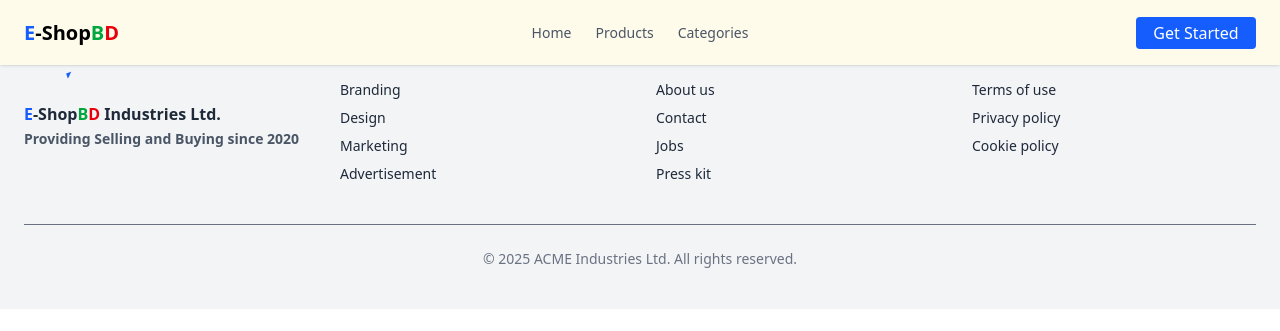
Repository: syedbayzid82849/E-shopBD
Page: /dashboard
The author's editor kept a copy of each file at every save. The page is drawn from the files as they stood at one save, then again after a run of saves.
The browser window is 1280 px wide. The pictures show the whole page.
The page's requests for data from a server got no answer. The project was rebuilt for these pictures with package versions that can differ from the ones it lists, and the page was loaded fresh each time. The framework's server and built-in components were replaced by stand-ins that run in the browser. No one was signed in, and anything a server would have sent is missing. Also part of the build but not shown: next.config.mjs.

Above is the page before, as saved 2025-08-26 15:24:43.

### src/app/layout.js
import { Geist, Geist_Mono } from "next/font/google";
import "./globals.css";
import Navbar from "./components/Navbar";
import Footer from "./components/Footer";
import NextAuthProvider from "@/Providers/NextAuthProvider";

const geistSans = Geist({
  variable: "--font-geist-sans",
  subsets: ["latin"],
});

const geistMono = Geist_Mono({
  variable: "--font-geist-mono",
  subsets: ["latin"],
});

export const metadata = {
  title: "Create Next App",
  description: "Generated by create next app",
};

export default function RootLayout({ children }) {
  return (
    <html lang="en" suppressHydrationWarning>
      <body className={`${geistSans.variable} ${geistMono.variable}`}>
        <NextAuthProvider>
          <nav>
            <Navbar />
          </nav>
          <main>
            {children}
          </main>
          <footer>
            <Footer />
          </footer>
        </NextAuthProvider>
      </body>
    </html>
  );
}

### src/app/dashboard/page.jsx
"use client";

export default function Dashboard() {
  return (
<div>
  {/* left side  */}
  <div>

  </div>
</div>
  );
}

### src/app/components/Navbar.jsx
"use client";
import { useState } from "react";
import Link from "next/link";
import { usePathname } from "next/navigation";
import { signIn, signOut, useSession } from "next-auth/react";

export default function Navbar() {
    const [isOpen, setIsOpen] = useState(false);
    const pathname = usePathname();
    const session = useSession();
    const sessionStatus = session?.status;
    const isActive = (path) =>
        pathname === path
            ? "bg-gray-100 text-orange-500 font-semibold"
            : " text-gray-600";

    const navMenu = () => {
        return (
            <>
                <li>
                    <Link href="/" className={isActive("/")}>
                        Home
                    </Link>
                </li>
                <li>
                    <Link href="/products" className={isActive("/products")}>
                        Products
                    </Link>
                </li>
                <li>
                    <Link href="/categories" className={isActive("/categories")}>
                        Categories
                    </Link>
                </li>
                {
                    sessionStatus === "authenticated" && (
                        <li>
                            <Link href="/dashboard" className={isActive("/dashboard")}>
                                Dashboard
                            </Link>
                        </li>
                    )
                }
            </>
        );
    };


    return (
        <div className="navbar bg-amber-50 shadow-sm fixed z-50 md:px-6">
            <div className="navbar-start">
                <div className="dropdown ">
                    <div tabIndex={0} role="button" className="btn btn-ghost lg:hidden">
                        <svg xmlns="http://www.w3.org/2000/svg" className="h-5 w-5 text-black " fill="none" viewBox="0 0 24 24" stroke="currentColor"> <path strokeLinecap="round" strokeLinejoin="round" strokeWidth="2" d="M4 6h16M4 12h8m-8 6h16" /> </svg>
                    </div>
                    <ul
                        tabIndex={0}
                        className="dropdown-content bg-white  rounded z-50 mt-3 w-52 p-2 shadow"
                    >
                        {navMenu()}
                    </ul>
                </div>
                <a className=" text-xl font-bold">
                    <span className="text-blue-600">E</span>
                    <span className="text-black">-Shop</span>
                    <span className="text-green-600">B</span>
                    <span className="text-red-600">D</span></a>
            </div>
            <div className="navbar-center hidden lg:flex">
                <ul className="menu menu-horizontal px-1">
                    {navMenu()}
                </ul>
            </div>
            <div className="navbar-end">
                {session?.status === 'authenticated' ? (
                    <div className="flex items-center space-x-3">
                        <img
                            src={session?.user?.image || "https://ibb.co.com/fYF7ppg4"}
                            alt="profile"
                            className="w-11 rounded-full border border-gray-500 shadow-2xs"
                        />
                        <button
                            onClick={() => {
                                if (window.confirm("Are you sure you want to log out?")) {
                                    signOut();
                                }
                            }}
                            className="px-3 py-1 rounded bg-red-500 text-white hover:bg-red-600"
                        >
                            Logout
                        </button>

                    </div>
                ) : (
                    <div className="flex items-center space-x-3">
                        {/* <button
                            onClick={() => signIn()}
                            className="w-30  py-1 rounded bg-indigo-500 text-white hover:bg-indigo-600"
                        >
                            Login
                        </button> */}
                        <Link
                            href="/register"
                            className="w-30 bg-blue-600 text-white py-1 rounded hover:bg-blue-700 text-center"
                        >
                            Get Started
                        </Link>
                    </div>
                )}

            </div>
        </div>
    );
}

### src/app/components/Footer.jsx
import React from 'react'

export default function Footer() {
    return (
        <>
            <footer className="bg-gray-100 text-gray-800 py-10 px-6">
                <div className="max-w-7xl mx-auto grid grid-cols-1 sm:grid-cols-2 md:grid-cols-4 gap-8">

                    {/* Logo & About */}
                    <div>
                        <svg
                            width="50"
                            height="50"
                            viewBox="0 0 24 24"
                            xmlns="http://www.w3.org/2000/svg"
                            className="fill-current text-blue-600 mb-3"
                        >
                            <path d="M22.672 15.226l-2.432.811.841 2.515c..."></path>
                        </svg>
                        <p className="font-semibold">
                            <span className="text-blue-600">E</span>
                            <span>-Shop</span>
                            <span className="text-green-600">B</span>
                            <span className="text-red-600">D</span> Industries Ltd. <br />
                            <span className="text-sm text-gray-600">
                                Providing Selling and Buying since 2020
                            </span>
                        </p>
                    </div>

                    {/* Services */}
                    <div>
                        <h6 className="text-lg font-bold mb-3">Services</h6>
                        <ul className="space-y-2 text-sm">
                            <li><a href="#" className="hover:text-blue-600">Branding</a></li>
                            <li><a href="#" className="hover:text-blue-600">Design</a></li>
                            <li><a href="#" className="hover:text-blue-600">Marketing</a></li>
                            <li><a href="#" className="hover:text-blue-600">Advertisement</a></li>
                        </ul>
                    </div>

                    {/* Company */}
                    <div>
                        <h6 className="text-lg font-bold mb-3">Company</h6>
                        <ul className="space-y-2 text-sm">
                            <li><a href="#" className="hover:text-blue-600">About us</a></li>
                            <li><a href="#" className="hover:text-blue-600">Contact</a></li>
                            <li><a href="#" className="hover:text-blue-600">Jobs</a></li>
                            <li><a href="#" className="hover:text-blue-600">Press kit</a></li>
                        </ul>
                    </div>

                    {/* Legal */}
                    <div>
                        <h6 className="text-lg font-bold mb-3">Legal</h6>
                        <ul className="space-y-2 text-sm">
                            <li><a href="#" className="hover:text-blue-600">Terms of use</a></li>
                            <li><a href="#" className="hover:text-blue-600">Privacy policy</a></li>
                            <li><a href="#" className="hover:text-blue-600">Cookie policy</a></li>
                        </ul>
                    </div>
                </div>

                {/* Bottom section */}
                <div className="mt-10 border-t pt-6 text-center text-sm text-gray-500">
                    © {new Date().getFullYear()} ACME Industries Ltd. All rights reserved.
                </div>
            </footer></>
    )
}

### src/Providers/NextAuthProvider.jsx
"use client";
import { SessionProvider } from "next-auth/react";

export default function NextAuthProvider({ children }) {
    return <SessionProvider>{children}</SessionProvider>;
}

Loaded but not shown: src/app/globals.css (common file)

After the next 2 saves:
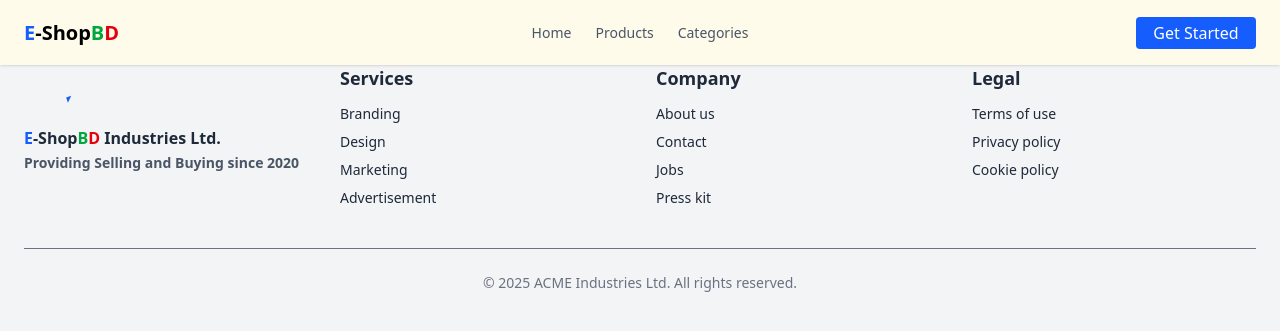
The 2 saves are shown as one change because they came seconds apart.
The last was saved 66 s later.
--- a/src/app/dashboard/page.jsx
+++ b/src/app/dashboard/page.jsx
@@ -4,9 +4,7 @@
   return (
 <div>
   {/* left side  */}
-  <div>
-
-  </div>
+right side
 </div>
   );
 }

After the 2 saves that followed:
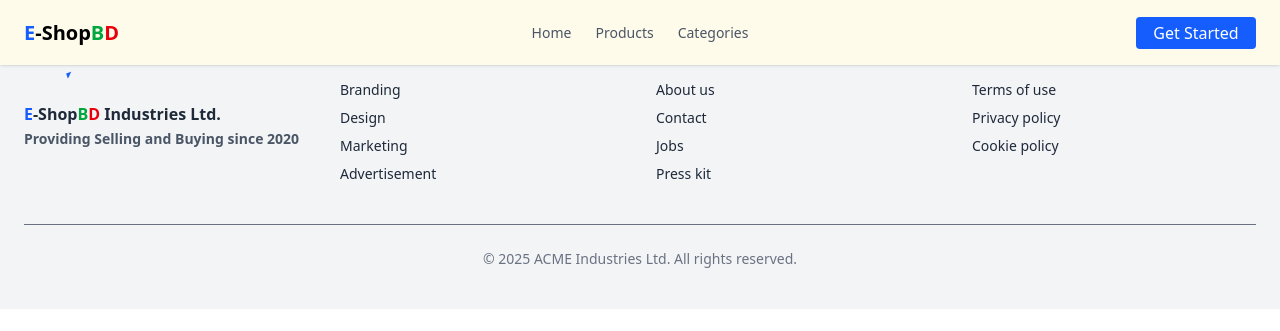
The 2 saves are shown as one change because they came seconds apart.
The last was saved 14 s later.
--- a/src/app/dashboard/page.jsx
+++ b/src/app/dashboard/page.jsx
@@ -4,7 +4,9 @@
   return (
 <div>
   {/* left side  */}
-right side
+
+
+{/* right side */}
 </div>
   );
 }
